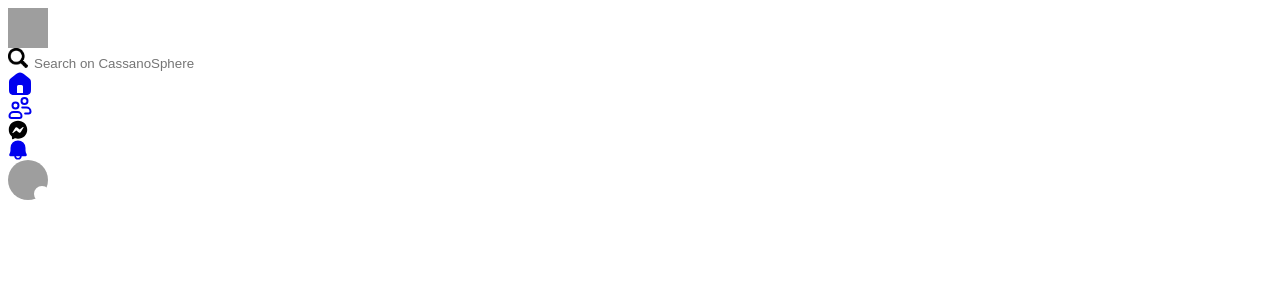
Repository: oafnghh/CassanoSphere
Page: http://localhost/CassanoSphere/www/home/includes/navBar.jsp
These files come from the project's save history. The page is drawn as it stood at one moment and after the next save; the edit follows.
The browser window is 1280 px wide. The pictures show the whole page.
Pictures or frames that could not be fetched are drawn as grey boxes. The page is served by Tomcat 9. Other server files are loaded and not shown.

Above is the page before, as saved 2024-07-15 10:10:54.

### CassanoSphere/webapp/www/home/includes/navBar.jsp
<div
	class="flex items-center justify-between bg-white dark:bg-zinc-800 p-2 shadow-md">
	<div class="flex items-center space-x-4">
		<img
			src="https://t4.ftcdn.net/jpg/03/87/77/85/360_F_387778557_9gy5UJQQ2pgmRM9bvUfLf3Q6T6Uj4kN4.jpg"
			style="width: 40px; height: 40px" class="rounded-full" />
		<div
			class="flex items-center bg-zinc-100 dark:bg-zinc-700 rounded-full px-3 py-1">
			<img style="width: 20px; height: 20px"
				src="data:[embedded picture, 3782 characters]"
				alt="Search icon" class="mr-2" /> <input type="text"
				placeholder="Search on CassanoSphere" style="border: none"
				class="bg-transparent text-muted-foreground ml-2 outline-none" />
		</div>
	</div>

	<div class="flex items-center space-x-6">
		<a aria-label="Trang chủ"
			class="x1i10hfl xjbqb8w x1ejq31n xd10rxx x1sy0etr x17r0tee x972fbf xcfux6l x1qhh985 xm0m39n x9f619 x1ypdohk xe8uvvx xdj266r x11i5rnm xat24cr x1mh8g0r xexx8yu x4uap5 x18d9i69 xkhd6sd x16tdsg8 x1hl2dhg xggy1nq x1o1ewxj x3x9cwd x1e5q0jg x13rtm0m x87ps6o x1lku1pv x1a2a7pz x6s0dn4 x78zum5 xdt5ytf x5yr21d xl56j7k x1n2onr6 xh8yej3"
			href="/" role="link" tabindex="0" previewlistener="true"
			aria-current="page"><span class="x1n2onr6"><svg
					viewBox="0 0 24 24" width="24" height="24" fill="currentColor"
					class="x19dipnz x1lliihq x1tzjh5l x1k90msu x2h7rmj x1qfuztq"
					style="-color: var(- -primary-button-background);">
					<path
						d="M9.464 1.286C10.294.803 11.092.5 12 .5c.908 0 1.707.303 2.537.786.795.462 1.7 1.142 2.815 1.977l2.232 1.675c1.391 1.042 2.359 1.766 2.888 2.826.53 1.059.53 2.268.528 4.006v4.3c0 1.355 0 2.471-.119 3.355-.124.928-.396 1.747-1.052 2.403-.657.657-1.476.928-2.404 1.053-.884.119-2 .119-3.354.119H7.93c-1.354 0-2.471 0-3.355-.119-.928-.125-1.747-.396-2.403-1.053-.656-.656-.928-1.475-1.053-2.403C1 18.541 1 17.425 1 16.07v-4.3c0-1.738-.002-2.947.528-4.006.53-1.06 1.497-1.784 2.888-2.826L6.65 3.263c1.114-.835 2.02-1.515 2.815-1.977zM10.5 13A1.5 1.5 0 0 0 9 14.5V21h6v-6.5a1.5 1.5 0 0 0-1.5-1.5h-3z"></path></svg><span
				class="x10l6tqk x11f4b5y x1v4kod4"><div
						data-visualcompletion="ignore"></div></span></span></a> <a aria-label="Bạn bè"
			class="x1i10hfl xjbqb8w x1ejq31n xd10rxx x1sy0etr x17r0tee x972fbf xcfux6l x1qhh985 xm0m39n x9f619 x1ypdohk xe8uvvx xdj266r x11i5rnm xat24cr x1mh8g0r xexx8yu x4uap5 x18d9i69 xkhd6sd x16tdsg8 x1hl2dhg xggy1nq x1o1ewxj x3x9cwd x1e5q0jg x13rtm0m x87ps6o x1lku1pv x1a2a7pz x6s0dn4 x78zum5 xdt5ytf x5yr21d xl56j7k x1n2onr6 xh8yej3"
			href="/friends/" role="link" tabindex="0" previewlistener="true"><span
			class="x1n2onr6"> <!--$--> <svg viewBox="0 0 24 24" width="24"
					height="24" fill="currentColor"
					class="x19dipnz x1lliihq x1tzjh5l x1k90msu x2h7rmj x1qfuztq"
					style="-color: var(- -secondary-icon);">
					<path
						d="M12.496 5a4 4 0 1 1 8 0 4 4 0 0 1-8 0zm4-2a2 2 0 1 0 0 4 2 2 0 0 0 0-4zm-9 2.5a4 4 0 1 0 0 8 4 4 0 0 0 0-8zm-2 4a2 2 0 1 1 4 0 2 2 0 0 1-4 0zM5.5 15a5 5 0 0 0-5 5 3 3 0 0 0 3 3h8.006a3 3 0 0 0 3-3 5 5 0 0 0-5-5H5.5zm-3 5a3 3 0 0 1 3-3h4.006a3 3 0 0 1 3 3 1 1 0 0 1-1 1H3.5a1 1 0 0 1-1-1zm12-9.5a5.04 5.04 0 0 0-.37.014 1 1 0 0 0 .146 1.994c.074-.005.149-.008.224-.008h4.006a3 3 0 0 1 3 3 1 1 0 0 1-1 1h-3.398a1 1 0 1 0 0 2h3.398a3 3 0 0 0 3-3 5 5 0 0 0-5-5H14.5z"></path></svg><span
				class="x10l6tqk x11f4b5y x1v4kod4"></span> <!--/$-->
		</span>
			<div
				class="x1ey2m1c xds687c x17qophe xg01cxk x47corl x10l6tqk x13vifvy x1ebt8du x19991ni x1dhq9h x1o1ewxj x3x9cwd x1e5q0jg x13rtm0m"
				role="none" data-visualcompletion="ignore"
				style="border-radius: 8px; inset: 4px 0px;"></div></a>
	</div>

	<div class="flex items-center space-x-4">
		<div aria-label="Messenger"
			class="x1i10hfl x1ejq31n xd10rxx x1sy0etr x17r0tee x1ypdohk xe8uvvx xdj266r x11i5rnm xat24cr x1mh8g0r x16tdsg8 x1hl2dhg xggy1nq x87ps6o x1lku1pv x1a2a7pz x6s0dn4 xzolkzo x12go9s9 x1rnf11y xprq8jg x972fbf xcfux6l x1qhh985 xm0m39n x9f619 x78zum5 xl56j7k xexx8yu x4uap5 x18d9i69 xkhd6sd x1n2onr6 x1vqgdyp x100vrsf x1qhmfi1"
			role="button" tabindex="0" style="">
			<svg viewBox="0 0 12 13" width="20" height="20" fill="currentColor"
				class="x19dipnz x1lliihq x1tzjh5l x1k90msu x2h7rmj x1qfuztq"
				style="-color: var(- -primary-icon);">
				<g fill-rule="evenodd" transform="translate(-450 -1073)">
				<path
					d="m459.603 1077.948-1.762 2.851a.89.89 0 0 1-1.302.245l-1.402-1.072a.354.354 0 0 0-.433.001l-1.893 1.465c-.253.196-.583-.112-.414-.386l1.763-2.851a.89.89 0 0 1 1.301-.245l1.402 1.072a.354.354 0 0 0 .434-.001l1.893-1.465c.253-.196.582.112.413.386M456 1073.5c-3.38 0-6 2.476-6 5.82 0 1.75.717 3.26 1.884 4.305.099.087.158.21.162.342l.032 1.067a.48.48 0 0 0 .674.425l1.191-.526a.473.473 0 0 1 .32-.024c.548.151 1.13.231 1.737.231 3.38 0 6-2.476 6-5.82 0-3.344-2.62-5.82-6-5.82"></path></g></svg>
			<div
				class="x1ey2m1c xds687c x17qophe xg01cxk x47corl x10l6tqk x13vifvy x1ebt8du x19991ni x1dhq9h xzolkzo x12go9s9 x1rnf11y xprq8jg"
				role="none" data-visualcompletion="ignore" style="inset: 0px;"></div>
		</div>
		<div class="x9f619 x1n2onr6 x1ja2u2z">
			<a aria-label="Thông báo"
				class="x1i10hfl x1ejq31n xd10rxx x1sy0etr x17r0tee x1ypdohk xe8uvvx xdj266r x11i5rnm xat24cr x1mh8g0r x16tdsg8 x1hl2dhg xggy1nq x87ps6o x1lku1pv x1a2a7pz x6s0dn4 xzolkzo x12go9s9 x1rnf11y xprq8jg x972fbf xcfux6l x1qhh985 xm0m39n x9f619 x78zum5 xl56j7k xexx8yu x4uap5 x18d9i69 xkhd6sd x1n2onr6 x1vqgdyp x100vrsf x1qhmfi1"
				href="/notifications/" role="link" tabindex="0"
				previewlistener="true" style=""><svg viewBox="0 0 24 24"
					width="20" height="20" fill="currentColor"
					class="x19dipnz x1lliihq x1tzjh5l x1k90msu x2h7rmj x1qfuztq"
					style="-color: var(- -primary-icon);">
					<path
						d="M3 9.5a9 9 0 1 1 18 0v2.927c0 1.69.475 3.345 1.37 4.778a1.5 1.5 0 0 1-1.272 2.295h-4.625a4.5 4.5 0 0 1-8.946 0H2.902a1.5 1.5 0 0 1-1.272-2.295A9.01 9.01 0 0 0 3 12.43V9.5zm6.55 10a2.5 2.5 0 0 0 4.9 0h-4.9z"></path></svg>
				<div
					class="x1ey2m1c xds687c x17qophe xg01cxk x47corl x10l6tqk x13vifvy x1ebt8du x19991ni x1dhq9h xzolkzo x12go9s9 x1rnf11y xprq8jg"
					role="none" data-visualcompletion="ignore" style="inset: 0px;"></div></a>
			<!--$-->
			<div aria-hidden="true" aria-label="Thông báo"
				class="x1i10hfl x1qjc9v5 xjbqb8w xjqpnuy xa49m3k xqeqjp1 x2hbi6w x13fuv20 xu3j5b3 x1q0q8m5 x26u7qi x972fbf xcfux6l x1qhh985 xm0m39n x9f619 x1ypdohk xdl72j9 x2lah0s xe8uvvx xdj266r x11i5rnm xat24cr x1mh8g0r x2lwn1j xeuugli xexx8yu x4uap5 x18d9i69 xkhd6sd x16tdsg8 x1hl2dhg xggy1nq x1t137rt x1o1ewxj x3x9cwd x1e5q0jg x13rtm0m x3nfvp2 x1q0g3np x87ps6o x1lku1pv x1a2a7pz x10l6tqk x1vjfegm x8zc4e7 xtu2xtp"
				role="button" tabindex="-1">
				<!--$-->
				<!--/$-->
				<div
					class="x1ey2m1c xds687c x17qophe xg01cxk x47corl x10l6tqk x13vifvy x1ebt8du x19991ni x1dhq9h xzolkzo x12go9s9 x1rnf11y xprq8jg"
					role="none" data-visualcompletion="ignore"></div>
			</div>
			<!--/$-->
		</div>
		<div class="x1rg5ohu x1n2onr6 x3ajldb x1ja2u2z">
			<svg aria-label="Trang cá nhân của bạn" class="x3ajldb"
				data-visualcompletion="ignore-dynamic" role="img"
				style="height: 40px; width: 40px">
				<mask id=":R3arcdad5qq9papd5aq:">
				<circle cx="20" cy="20" fill="white" r="20"></circle>
				<circle cx="34" cy="34" data-visualcompletion="ignore" fill="black"
					r="8"></circle></mask>
				<g mask="url(#:R3arcdad5qq9papd5aq:)">
				<image style="height:40px;width:40px" x="0" y="0" height="100%"
					preserveAspectRatio="xMidYMid slice" width="100%"
					xlink:href="https://scontent.fdad1-1.fna.fbcdn.net/v/t1.30497-1/143086968_2856368904622192_1959732218791162458_n.png?stp=cp0_dst-png_p40x40&amp;_nc_cat=1&amp;ccb=1-7&amp;_nc_sid=136b72&amp;_nc_eui2=AeFLP6jCsUru6VbhuODeu7BQso2H55p0AlGyjYfnmnQCURNQnTWOiHupy-mt504U4i6kgJ8fGXGVOVKt8zwAs5lq&amp;_nc_ohc=qj3fwGIe_3cQ7kNvgF2ztif&amp;_nc_ht=scontent.fdad1-1.fna&amp;oh=00_AYA1IcsQJRy8Jw1g5MUupb8F9z4Q9kOY9SdPvhhYHk_kLg&amp;oe=66BC1CB8"></image>
			</g></svg>
		</div>
	</div>
</div>

After the next save:
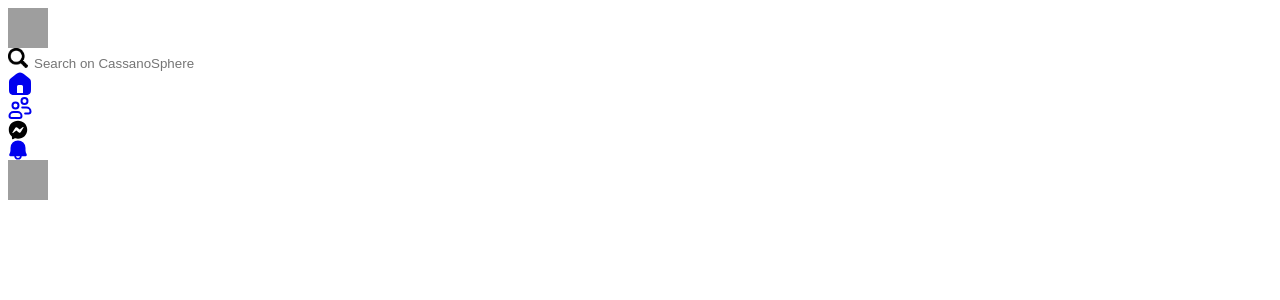
Saved 23 s later.
--- a/CassanoSphere/webapp/www/home/includes/navBar.jsp
+++ b/CassanoSphere/webapp/www/home/includes/navBar.jsp
@@ -85,10 +85,6 @@
 			<svg aria-label="Trang cá nhân của bạn" class="x3ajldb"
 				data-visualcompletion="ignore-dynamic" role="img"
 				style="height: 40px; width: 40px">
-				<mask id=":R3arcdad5qq9papd5aq:">
-				<circle cx="20" cy="20" fill="white" r="20"></circle>
-				<circle cx="34" cy="34" data-visualcompletion="ignore" fill="black"
-					r="8"></circle></mask>
 				<g mask="url(#:R3arcdad5qq9papd5aq:)">
 				<image style="height:40px;width:40px" x="0" y="0" height="100%"
 					preserveAspectRatio="xMidYMid slice" width="100%"

After the save that followed:
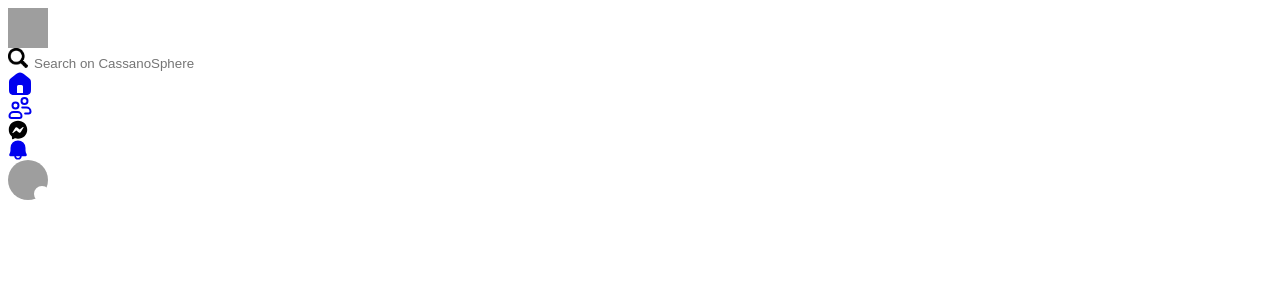
Saved 11 s later.
--- a/CassanoSphere/webapp/www/home/includes/navBar.jsp
+++ b/CassanoSphere/webapp/www/home/includes/navBar.jsp
@@ -85,6 +85,10 @@
 			<svg aria-label="Trang cá nhân của bạn" class="x3ajldb"
 				data-visualcompletion="ignore-dynamic" role="img"
 				style="height: 40px; width: 40px">
+				<mask id=":R3arcdad5qq9papd5aq:">
+				<circle cx="20" cy="20" fill="white" r="20"></circle>
+				<circle cx="34" cy="34" data-visualcompletion="ignore" fill="black"
+					r="8"></circle></mask>
 				<g mask="url(#:R3arcdad5qq9papd5aq:)">
 				<image style="height:40px;width:40px" x="0" y="0" height="100%"
 					preserveAspectRatio="xMidYMid slice" width="100%"
